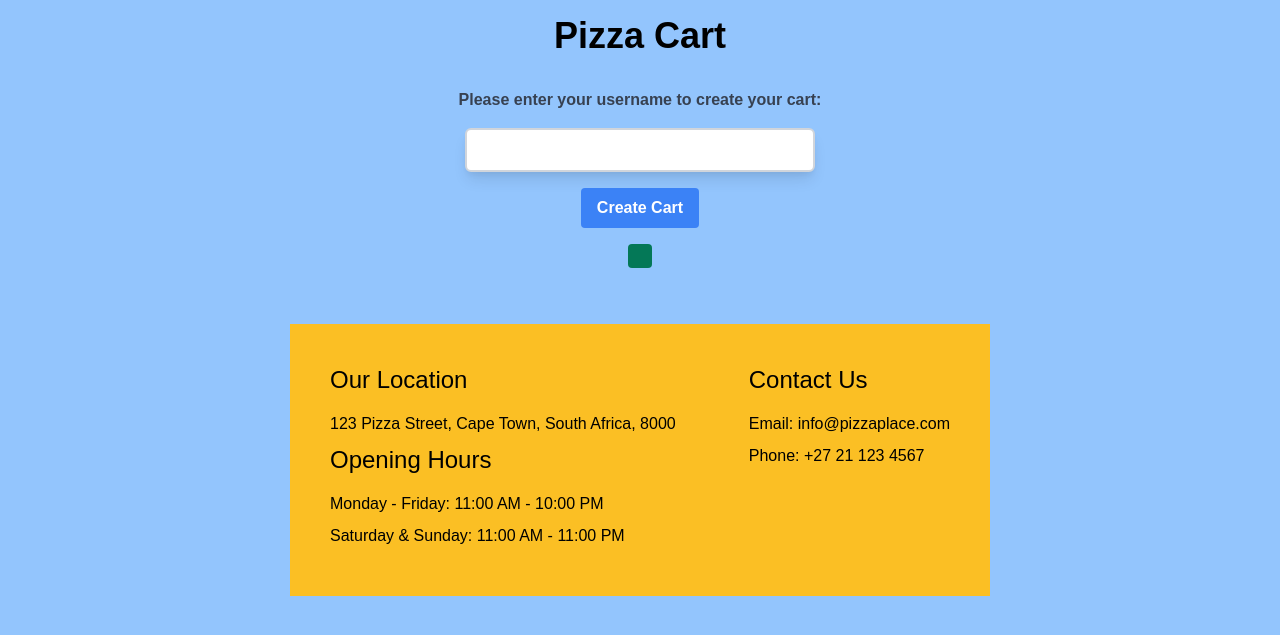
Repository: lasity34/pizza-cart-with-api
Page: index.html
The author's editor kept a copy of each file at every save. The page is drawn from the files as they stood at one save, then again after the next save.
The browser window is 1280 px wide. The pictures show the whole page.
The page's requests for data from a server got no answer. Some web fonts or font styles are not loaded; a fallback is used. Some web libraries are served in a nearby version.

Above is the page before, as saved 2023-07-16 21:18:15.
Console error (its wording comes from the project's code and is left out).

### index.html
<!DOCTYPE html>
<html lang="en">
  <head>
    <meta charset="UTF-8" />
    <meta name="viewport" content="width=device-width, initial-scale=1.0" />
    <title>Pizza Cart</title>
    <script src="//unpkg.com/alpinejs" defer></script>
    <link
      href="https://cdn.jsdelivr.net/npm/tailwindcss@2.1.2/dist/tailwind.min.css"
      rel="stylesheet"
    />
    <script
      src="https://cdnjs.cloudflare.com/ajax/libs/axios/1.4.0/axios.min.js"
      integrity="sha512-uMtXmF28A2Ab/JJO2t/vYhlaa/3ahUOgj1Zf27M5rOo8/+fcTUVH0/E0ll68njmjrLqOBjXM3V9NiPFL5ywWPQ=="
      crossorigin="anonymous"
      referrerpolicy="no-referrer"
    ></script>
    <link href="./style.css" rel="stylesheet" />
    <link rel="preconnect" href="https://fonts.googleapis.com" />
    <link rel="preconnect" href="https://fonts.gstatic.com" crossorigin />
    <link
      href="https://fonts.googleapis.com/css2?family=Titillium+Web:ital@0;1&family=Tsukimi+Rounded:wght@300;400;500&display=swap"
      rel="stylesheet"
    />
  </head>
  <body x-data="pizzaCart" class="bg-blue-300" x-cloak>

    <section class="flex justify-center items-center">
      <h1 class="text-4xl pt-4 font-bold">Pizza Cart</h1>
      <p x-text="cartId"></p>
    </section>

    <section class="flex flex-col items-center mt-8 pb-4">
      <h3 class="text-md font-semibold mb-2 text-center text-gray-700">Please enter your username to create your cart:</h3>
      <input type="text" x-model="usernameInput" class="w-1/2 mt-2 p-2 rounded-md border-2 border-gray-300 shadow-lg focus:outline-none focus:ring-2 focus:ring-blue-600" />
      <button class="mt-4 bg-blue-500 hover:bg-blue-700 text-white font-bold py-2 px-4 rounded" @click="login()">Create Cart</button>

      <p x-html="usernameMessage" class="mt-4 text-lg font-bold text-white bg-green-700 p-3 rounded inline-block"></p>



    </section>


    <section  x-show=" cartTotal > 0 "
  class="shop-container my-3 sm:my-4 p-4 sm:p-5 flex flex-col text-xs sm:text-sm justify-center items-center"
>
  <h2 class="text-xl sm:text-2xl mb-2 font-bold">Shopping Cart</h2>
  <div class="mt-4 flex flex-col items-center">
    <div>
        <section class="mt-6">
            <table class="table-auto w-full rounded-lg overflow-hidden shadow-lg max-w-md mx-auto">
                <thead class="bg-red-600">
                    <tr>
                        <th class="px-2 sm:px-3 py-1 text-left text-xs sm:text-sm font-bold font-medium text-white uppercase tracking-wider">Flavour</th>
                        <th class="px-2 sm:px-3 py-1 text-left text-xs sm:text-sm font-medium text-white uppercase tracking-wider">Size</th>
                        <th class="px-2 sm:px-3 py-1 text-left text-xs sm:text-sm font-medium text-white uppercase tracking-wider">Quantity</th>
                        <th class="px-2 sm:px-3 py-1 text-left text-xs sm:text-sm font-medium text-white uppercase tracking-wider">Price</th>
                        <th class="px-2 sm:px-3 py-1 text-left text-xs sm:text-sm font-medium text-white uppercase tracking-wider">Total</th>
                    </tr>
                </thead>
                <tbody class="bg-yellow-100 divide-y divide-gray-200 overflow-auto max-h-48 sm:max-h-56">

                    <template x-for="pizza in cartPizzas">
                        <tr>
                          <td class="px-1 sm:px-2 py-1 whitespace-nowrap font-bold text-xs sm:text-sm text-gray-500" x-text="pizza.flavour"></td>

                            <td class="px-2 sm:px-3 py-1 whitespace-nowrap font-bold text-xs sm:text-sm text-gray-500" x-text="pizza.size"></td>
                            <td class="px-2 sm:px-3 py-1 whitespace-nowrap font-bold text-xs sm:text-sm text-gray-500">
                                <div class="flex items-center justify-center">
                                    <button
                                        @click="addPizzaToCart(pizza.id)"
                                        class="bg-gray-200 hover:bg-gray-300 text-gray-800 font-bold py-1 px-2 sm:px-3 rounded-l"
                                    >
                                        +
                                    </button>
                                    <div x-text="pizza.qty" class="mx-1 sm:mx-2"></div>
                                    <button
                                        @click="removePizzaFromCart(pizza.id)"
                                        class="bg-gray-200 hover:bg-gray-300 text-gray-800 font-bold py-1 px-2 sm:px-3 rounded-r"
                                    >
                                        -
                                    </button>
                                </div>
                            </td>
                            <td class="px-2 sm:px-3 py-1 whitespace-nowrap text-xs sm:text-sm font-bold text-gray-500">
                                R<span x-text="pizza.price"></span>
                            </td>
                            <td class="px-2 sm:px-3 py-1 whitespace-nowrap text-xs sm:text-sm font-bold text-gray-500">
                                R<span x-text="(pizza.qty * pizza.price).toFixed(2)"></span>
                            </td>
                        </tr>
                    </template>
                </tbody>
            </table>
        </section>
    </div>
    <div class="flex justify-center mt-2 sm:mt-4">
      <p class="font-bold">Total Cost</p>
      <p class="ml-3 sm:ml-5 font-bold">
        R<span x-text="(cartTotal).toFixed(2)">0.00</span>
      </p>
    </div>
    <div class="mt-2 sm:mt-4">
      <span x-text="message"></span>
    </div>

    <div class="mt-2 sm:mt-4"  x-cloak>
      <label class="font-bold">Payment Amount:</label>
      <input
        placeholder="Enter payment here"
        type="number"
        step="0.01"
        class="rounded ml-1 sm:ml-2 py-1 sm:py-2"
        x-model="paymentAmount"
      />
    </div>
    <div class="mt-3 sm:mt-6">
      <button
        x-cloak
        @click="payForCart()"
        class="bg-gray-300 hover:bg-gray-400 py-1 sm:py-2 px-4 sm:px-8 rounded font-bold"
      >
        <span>Pay</span>
      </button>
    </div>
  </div>
</section>




    <section x-show="cartId" class="pizza_columns mt-8">
      <div
        class="flex flex-col gap-4 mx-auto items-center lg:items-stretch lg:flex-row justify-center"
      >
        <div
          class="flex bg-blue-500 rounded p-4 w-4/5 lg:w-4/5 flex-grow flex-shrink flex flex-col justify-between text-black items-center"
        >
          <div class="flex-grow flex flex-col items-center justify-center">
            <img src="./pizza.png" width="50" />
            <h3 class="mb-2 font-bold">Small Pizza</h3>
            <h3 class="mb-2 font-bold">R27.99</h3>
            <p class="mb-4">
              A petite treat, this pizza packs a punch. Tangy pepperoni, earthy
              mushrooms, and melted mozzarella on our homemade dough. 8" of
              perfection.
            </p>
          </div>
          <button
            @click=""

            class="bg-gray-300 hover:bg-gray-400 transition-colors duration-300 py-2 px-4 rounded font-bold"
          >
            Buy
          </button>
        </div>
        <div
          class="pizza_md bg-green-500 rounded p-4 w-4/5 lg:w-4/5 flex-grow flex-shrink flex flex-col justify-between text-black items-center"
        >
          <div class="flex-grow flex flex-col items-center justify-center">
            <img src="./pizza.png" width="70" />
            <h3 class="mb-2 font-bold">Medium Pizza</h3>
            <h3 class="mb-2 font-bold">R57.99</h3>
            <p class="mb-4">
              Enjoy more with our 12" pizza. Savory pepperoni, sautéed
              mushrooms, and gooey mozzarella atop our golden-brown, hand-tossed
              dough.
            </p>
          </div>
          <button
            @click=""

            class="bg-gray-300 hover:bg-gray-400 transition-colors duration-300 py-2 px-4 rounded font-bold"
          >
            Buy
          </button>
        </div>
        <div
          class="pizza_lg bg-red-500 rounded p-4 w-4/5 lg:w-4/5 flex-grow flex-shrink flex flex-col justify-between text-black items-center"
        >
          <div class="flex-grow flex flex-col items-center justify-center">
            <img src="./pizza.png" width="100" />
            <h3 class="mb-2 font-bold">Large Pizza</h3>
            <h3 class="mb-2 font-bold">R87.99</h3>
            <p class="mb-4">
              Go big with our 16" pizza. Layered with spicy pepperoni, juicy
              mushrooms, and bubbling mozzarella. Perfect for sharing or
              satisfying the largest of appetites.
            </p>
          </div>
          <button
            @click=""

            class="bg-gray-300 hover:bg-gray-400 transition-colors duration-300 py-2 px-4 rounded font-bold"
          >
            Buy
          </button>
        </div>
      </div>
    </section>
    <!-- all pizzas display -->
    <section class="mt-8" x-show="cartId">
        <div class="flex flex-col items-center">
            <template x-for="pizza in pizzas">
                <div class="flex items-center border-b border-gray-200 bg-yellow-200 shadow-lg rounded-lg px-4 py-4 my-3 w-full max-w-xl">
                    <div class="w-24 h-24 flex-shrink-0">
                        <img src="./pizza.png" class="w-full h-full object-cover rounded-lg" />
                    </div>
                    <div class="ml-4 flex-grow flex justify-between w-3/4 items-center">
                        <h5 class="ml-2 text-lg font-bold text-black" x-text="pizza.flavour"></h5>
                        <p class="text-lg text-black mt-5 mb-4 mr-6 font-bold">R<span x-text="pizza.price"></span></p>
                    </div>
                    <div>
                        <button @click="addPizzaToCart(pizza.id, pizza.flavour)" class="bg-gray-600 hover:bg-gray-700 text-white font-bold py-2 px-4 rounded">Buy</button>
                    </div>
                </div>
            </template>
        </div>
    </section>



    <footer class="bg-yellow-400 text-black mt-10 p-10">
      <div class="container mx-auto flex justify-between">
        <div>
          <h2 class="text-2xl mb-4">Our Location</h2>
          <p class="mb-2">123 Pizza Street, Cape Town, South Africa, 8000</p>

          <h2 class="text-2xl mb-4">Opening Hours</h2>
          <p class="mb-2">Monday - Friday: 11:00 AM - 10:00 PM</p>
          <p class="mb-2">Saturday & Sunday: 11:00 AM - 11:00 PM</p>
        </div>
        <div>
          <h2 class="text-2xl mb-4">Contact Us</h2>
          <p class="mb-2">Email: info@pizzaplace.com</p>
          <p class="mb-2">Phone: +27 21 123 4567</p>
        </div>
      </div>
    </footer>

    <div
    x-show="show"
    x-transition:enter="transition ease-out duration-300"
    x-transition:enter-start="opacity-0"
    x-transition:enter-end="opacity-100"
    x-transition:leave="transition ease-in duration-300"
    x-transition:leave-start="opacity-100"
    x-transition:leave-end="opacity-0"
    class="fixed inset-0 bg-black bg-opacity-50"
    @click="show = false"
  ></div>
  <div
    x-show="show"
    x-transition:enter="transition ease-out duration-300"
    x-transition:enter-start="opacity-0 transform scale-90"
    x-transition:enter-end="opacity-100 transform scale-100"
    x-transition:leave="transition ease-in duration-300"
    x-transition:leave-start="opacity-100 transform scale-100"
    x-transition:leave-end="opacity-0 transform scale-90"
    class="fixed inset-0 flex items-center justify-center z-50"
  >
    <div class="bg-green-700 text-white text-2xl rounded p-5 shadow-lg">
      <p x-text="message"></p>
    </div>
  </div>


    <script src="./pizza.js"></script>
  </body>
</html>

### style.css

body {
    max-width: 700px;
    margin: 0 auto;

font-family: 'Tsukimi Rounded', sans-serif;
}

.shop-container {
    background-color: rgb(205, 190, 50);
    max-width: 95%;
    margin: 1em auto;
}

input::-webkit-outer-spin-button,
input::-webkit-inner-spin-button {
  -webkit-appearance: none;
  margin: 0;
}

input[type="number"] {
  -moz-appearance: textfield;
 text-indent: 10px;
}

[x-cloak] { display: none; }

### pizza.js
function pizzaCart() {
  return {
    quantity: 0,
    paymentAmount: 0,
    message: "",
    username: "",
    usernameInput: '',
    usernameMessage: '',
    show: false,
    lastMessageAdded: "",
    pizzas: [],
    cartPizzas: [],
    cartId: "",
    cartTotal: 0.0,
    toggleModal() {
      this.show = !this.show;
      if (this.show) {
        setTimeout(() => {
          this.show = false;
        }, 2000); // Close after 2 seconds
      }
    },

    // API

    login() {
      if (this.usernameInput.length < 2) {
        this.usernameMessage = `<span class="mt-4 text-lg font-bold text-white bg-red-500 p-3 rounded inline-block">Username too Short</span>`;
        setTimeout(() => {
            this.usernameMessage = '';
        }, 2000); // Close after 2 seconds
      } else {
        this.username = this.usernameInput
        this.usernameInput = ''
        this.usernameMessage =  `<span class="mt-4 text-xl font-bold text-gray-700 bg-white p-3 rounded inline-block">🛒 Welcome + ${ this.username} 🛒</span>
        `;
        // Store username in the localStorage
        localStorage.setItem("username", this.username);
        setTimeout(() => {
          this.usernameMessage = '';
      }, 2000); // Close after 2 seconds
        this.createCart();
      }
    },


    createCart() {
      return new Promise((resolve, reject) => {
        if (!this.username) {
          reject();
          return;
        }

        const cartid = localStorage["cartId"];
        const createCartURL = `https://pizza-api.projectcodex.net/api/pizza-cart/create?username=${this.username}`;

        if (cartid) {
          this.cartId = cartid;
          resolve();
        } else {
          axios.get(createCartURL).then((result) => {
            this.cartId = result.data.cart_code;
            localStorage["cartId"] = this.cartId;
            resolve();
          });
        }
      });
    },

    getCart() {
      const getCartURL = `https://pizza-api.projectcodex.net/api/pizza-cart/${this.cartId}/get`;
      return axios.get(getCartURL);
    },

    addPizza(pizzaId) {
      return axios.post(
        "https://pizza-api.projectcodex.net/api/pizza-cart/add",
        {
          cart_code: this.cartId,
          pizza_id: pizzaId,
        }
      );
    },
    removePizza(pizzaId) {
      return axios.post(
        "https://pizza-api.projectcodex.net/api/pizza-cart/remove",
        {
          cart_code: this.cartId,
          pizza_id: pizzaId,
        }
      );
    },
    pay(amount) {
      return axios.post(
        "https://pizza-api.projectcodex.net/api/pizza-cart/pay",
        {
          cart_code: this.cartId,
          amount,
        }
      );
    },
    showCartData() {
      this.getCart().then((result) => {
        const cartData = result.data;
        this.cartPizzas = cartData.pizzas;
        this.cartTotal = cartData.total;
      });
    },
    async init() {
      axios
        .get("https://pizza-api.projectcodex.net/api/pizzas")
        .then((result) => {
          this.pizzas = result.data.pizzas;
        });

        const storedUsername = localStorage.getItem("username");
        if (storedUsername) {
          this.username = storedUsername;
        }

        await this.createCart()

      this.showCartData();
    },
    addPizzaToCart(pizzaId, pizzaFlavor) {
      this.addPizza(pizzaId).then(() => {
        this.message = `${pizzaFlavor} has been added`
        this.toggleModal()
        this.showCartData();
      });
    },
    removePizzaFromCart(pizzaId) {
      this.removePizza(pizzaId).then(() => {
        this.showCartData();
      });
    },
    payForCart() {
      this.pay(this.paymentAmount).then((result) => {
        if (result.data.status === "failure") {
          this.message = result.data.message;
          setTimeout(() => (this.message = ""), 3000);
        } else {
          this.message = "Payment Received";

          setTimeout(() => {
            this.message = "";
            this.cartPizzas = [];
            this.cartTotal = 0.0;
            this.cartId = "";
            localStorage.removeItem('username');
            localStorage.removeItem('cartId');
            this.paymentAmount = 0;

          }, 3000);
        }
      });
    },
  };
}

document.addEventListener("alpine:init", () => {
  Alpine.data("pizzaCart", pizzaCart);
});

After the next save:
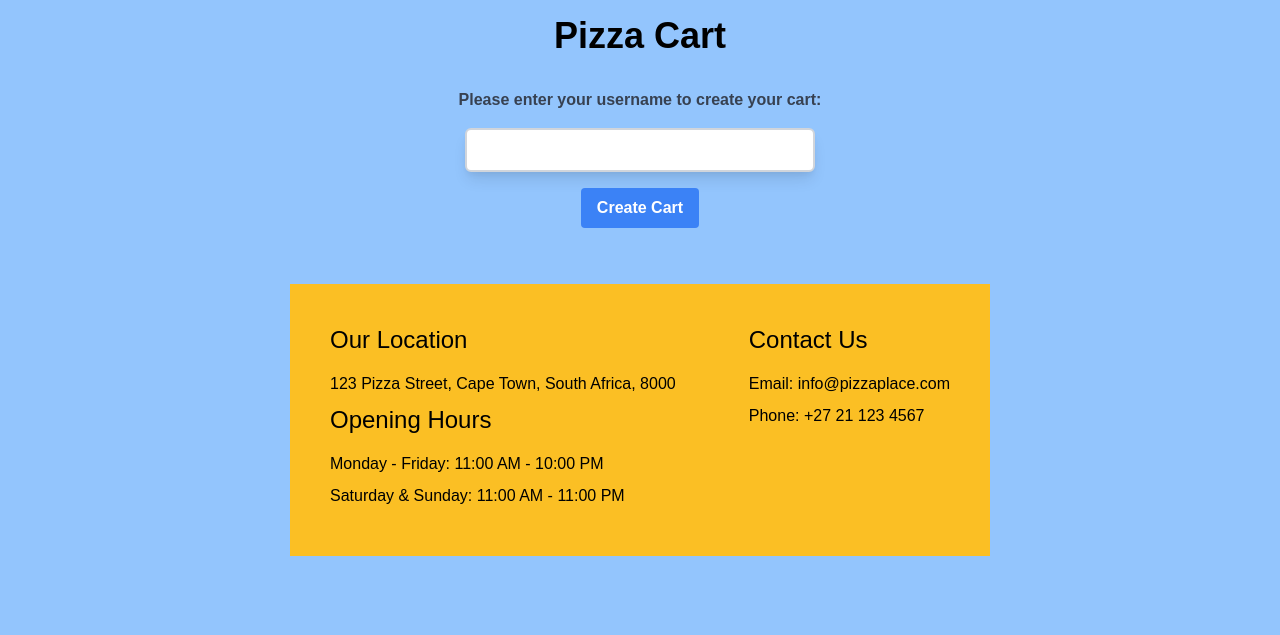
Saved 49 s later.
--- a/index.html
+++ b/index.html
@@ -35,7 +35,7 @@
       <input type="text" x-model="usernameInput" class="w-1/2 mt-2 p-2 rounded-md border-2 border-gray-300 shadow-lg focus:outline-none focus:ring-2 focus:ring-blue-600" />
       <button class="mt-4 bg-blue-500 hover:bg-blue-700 text-white font-bold py-2 px-4 rounded" @click="login()">Create Cart</button>
 
-      <p x-html="usernameMessage" class="mt-4 text-lg font-bold text-white bg-green-700 p-3 rounded inline-block"></p>
+      <p x-html="usernameMessage" ></p>
 
 
 
